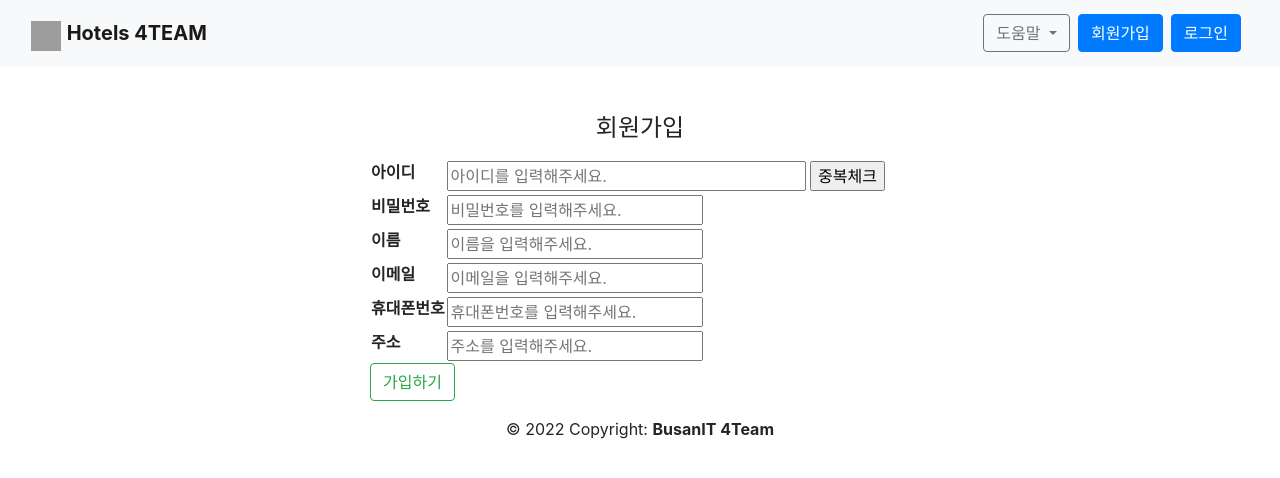
Repository: ShinKioh/Hotel_project
Page: http://localhost/HOTEL/register.jsp
The author's editor kept a copy of each file at every save. The page is drawn from the files as they stood at one save, then again after the next save.
The browser window is 1280 px wide. The pictures show the whole page.
Pictures or frames that could not be fetched are drawn as grey boxes. The page is served by Tomcat 9. Other server files are loaded and not shown.

Above is the page before, as saved 2022-02-23 03:39:30.

### HOTEL/WebContent/register.jsp
<%@ page language="java" contentType="text/html; charset=UTF-8"
	pageEncoding="UTF-8"%>
<!DOCTYPE html>
<html>
<head>
<meta charset="UTF-8">
<link rel="stylesheet"
	href="//unpkg.com/bootstrap@4/dist/css/bootstrap.min.css">
<title>회원가입 페이지</title>

</head>
<body>
	<header>
		<nav class="navbar navbar-expand-lg navbar-light bg-light">
			<div class="container-fluid">
				<a class="navbar-brand" href="main.jsp"> <img
					src="img/premium-icon-letter-h-5540593.png" alt="" width="30"
					height="30" class="d-inline-block align-text-top"> <span
					class="navbar-brand mb-0 h1"><b>Hotels 4TEAM</b></span>
				</a>
				<div class="d-flex justify-content-end">
					<div class="dropdown mr-2">
						<a class="btn btn-outline-secondary dropdown-toggle" href="#"
							role="button" id="dropdownMenuLink" data-toggle="dropdown"
							aria-expanded="false"> 도움말 </a>
						<div class="dropdown-menu" aria-labelledby="dropdownMenuLink">
							<a class="dropdown-item" href="#">공지 사항</a> <a
								class="dropdown-item" href="#">문의 사항</a> <a
								class="dropdown-item" href="#">FAQ</a>
						</div>
					</div>
					<a class="btn btn-primary mr-2" href="register?action=registerUser">회원가입</a>
					<a class="btn btn-primary mr-2" href="login.jsp">로그인</a>
				</div>
			</div>
		</nav>
	</header>
	<div class="container">
		<div class="row mt-5">
			<div class="col-md-6 mx-auto">
				<h4 class="text-center mb-3">회원가입</h4>
				<form action="<%=request.getContextPath()%>/register" method="post">
					<div class="form-group">
						<input type="hidden" name="action" value="registerUser">
					</div>
					<div class="register-form">
						<table>
							<tbody>
								<tr>
									<th><label for="id">아이디</label></th>
									<td><input type="text" name="id"
										placeholder="아이디를 입력해주세요." required size="30" > <input
										type="button" onclick="sendServer()" value="중복체크">
										<div id="output"></div> <script type="text/javascript">
											const input = document
													.querySelector('input[type="text"]'); // 태그타입으로 선택
											const output = document
													.getElementById('output');
											const request = new XMLHttpRequest(); // Ajax request 객체 생성
											function sendServer() {
												// 버튼을 누르면 실행되는 함수
												let id = input.value; // input창에 입력한 값
												let url = 'idCheck.jsp?id='
														+ id; // 요청할 jsp페이지 주소
												request.open('GET', url, true);
												request.send();
												request.onreadystatechange = getInfo;
											}
											function getInfo() {
												if (request.readyState == 4
														&& request.status == 200) {
													let info = request.responseText; // 요청한 결과 받기
													output.textContent = info;
												}
											};
										</script></td>
								</tr>
								<tr>
									<th><label for="id">비밀번호</label></th>
									<td><input type="text" name="password"
										placeholder="비밀번호를 입력해주세요." required></td>
								</tr>
								<tr>
									<th><label for="id">이름</label></th>
									<td><input type="text" name="name"
										placeholder="이름을 입력해주세요." required></td>
								</tr>
								<tr>
									<th><label for="id">이메일</label></th>
									<td><input type="text" name="email"
										placeholder="이메일을 입력해주세요." required></td>
								</tr>
								<tr>
									<th><label for="id">휴대폰번호</label></th>
									<td><input type="text" name="phone"
										placeholder="휴대폰번호를 입력해주세요." required></td>
								</tr>
								<tr>
									<th><label for="id">주소</label></th>
									<td><input type="text" name="address"
										placeholder="주소를 입력해주세요." required></td>
								</tr>
							</tbody>
						</table>
					</div>
					<%--가입하기 클릭시 신규회원 등록, 메인 페이지로 이동 --%>
					<button type="submit" class="btn btn-outline-success"
						onClick="location.href='main.jsp'">가입하기</button>
				</form>
			</div>
		</div>
	</div>
	<footer class="footer font-small black">
		<div class="footer-copyright text-center py-3">
			© 2022 Copyright: <b> BusanIT 4Team</b>
		</div>
	</footer>
</body>
</html>

After the next save:
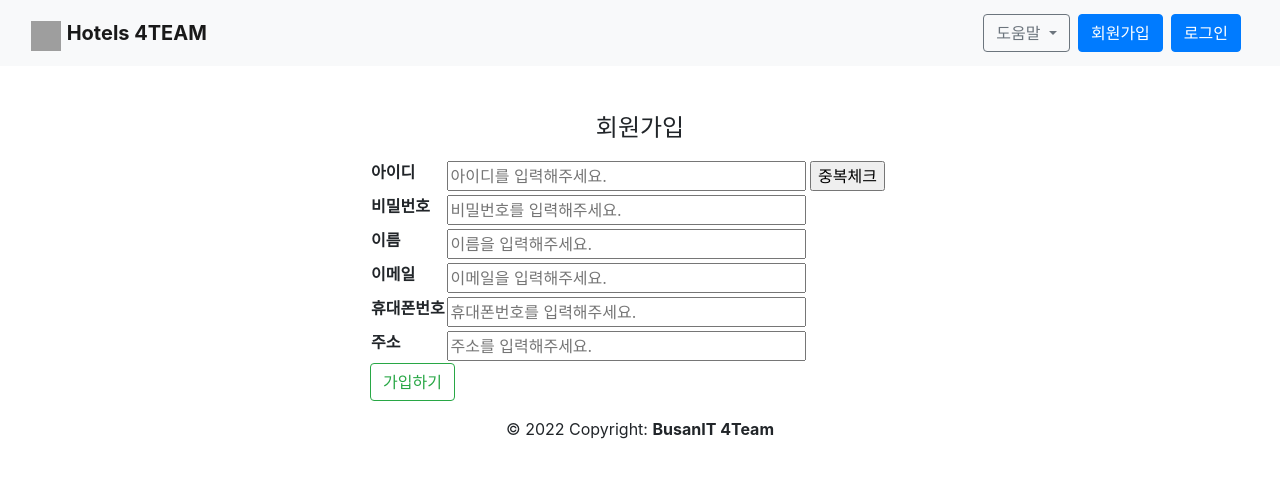
Saved 22 s later.
--- a/HOTEL/WebContent/register.jsp
+++ b/HOTEL/WebContent/register.jsp
@@ -78,27 +78,27 @@
 								<tr>
 									<th><label for="id">비밀번호</label></th>
 									<td><input type="text" name="password"
-										placeholder="비밀번호를 입력해주세요." required></td>
+										placeholder="비밀번호를 입력해주세요." required size="30"></td>
 								</tr>
 								<tr>
 									<th><label for="id">이름</label></th>
 									<td><input type="text" name="name"
-										placeholder="이름을 입력해주세요." required></td>
+										placeholder="이름을 입력해주세요." required size="30"></td>
 								</tr>
 								<tr>
 									<th><label for="id">이메일</label></th>
 									<td><input type="text" name="email"
-										placeholder="이메일을 입력해주세요." required></td>
+										placeholder="이메일을 입력해주세요." required size="30"></td>
 								</tr>
 								<tr>
 									<th><label for="id">휴대폰번호</label></th>
 									<td><input type="text" name="phone"
-										placeholder="휴대폰번호를 입력해주세요." required></td>
+										placeholder="휴대폰번호를 입력해주세요." required size="30"></td>
 								</tr>
 								<tr>
 									<th><label for="id">주소</label></th>
 									<td><input type="text" name="address"
-										placeholder="주소를 입력해주세요." required></td>
+										placeholder="주소를 입력해주세요." required size="30"></td>
 								</tr>
 							</tbody>
 						</table>
